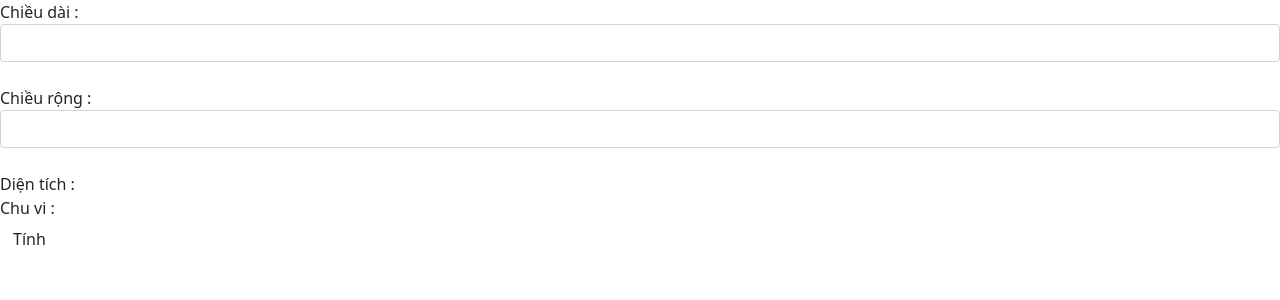
Repository: OanhBuonNgu/Lab4_AngularJS
Page: lab4.4.html
An editor plug-in stored every save of this project. The page is shown before and after the next save, followed by the edit.
The browser window is 1280 px wide. The pictures show the whole page.

Above is the page before, as saved 2022-07-22 12:59:42.

After the next save:
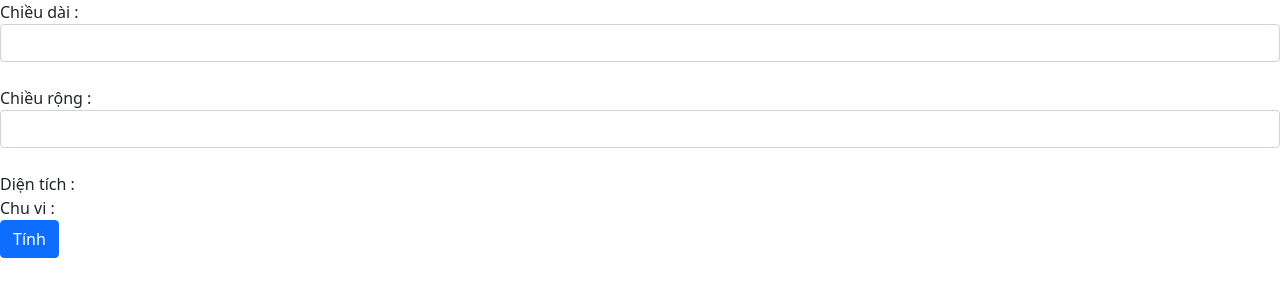
Saved 9 s later.
--- a/lab4.4.html
+++ b/lab4.4.html
@@ -19,7 +19,7 @@
             <label ng-bind="dt"></label>
             <br> Chu vi :
             <label ng-bind="cv"></label><br />
-            <button type="button" class="btn btn-default" ng-click="calculate()">Tính</button>
+            <button type="button" class="btn btn-primary" ng-click="calculate()">Tính</button>
         </form>
     </div>
     <script src="https://ajax.googleapis.com/ajax/libs/angularjs/1.8.2/angular.min.js"></script>
